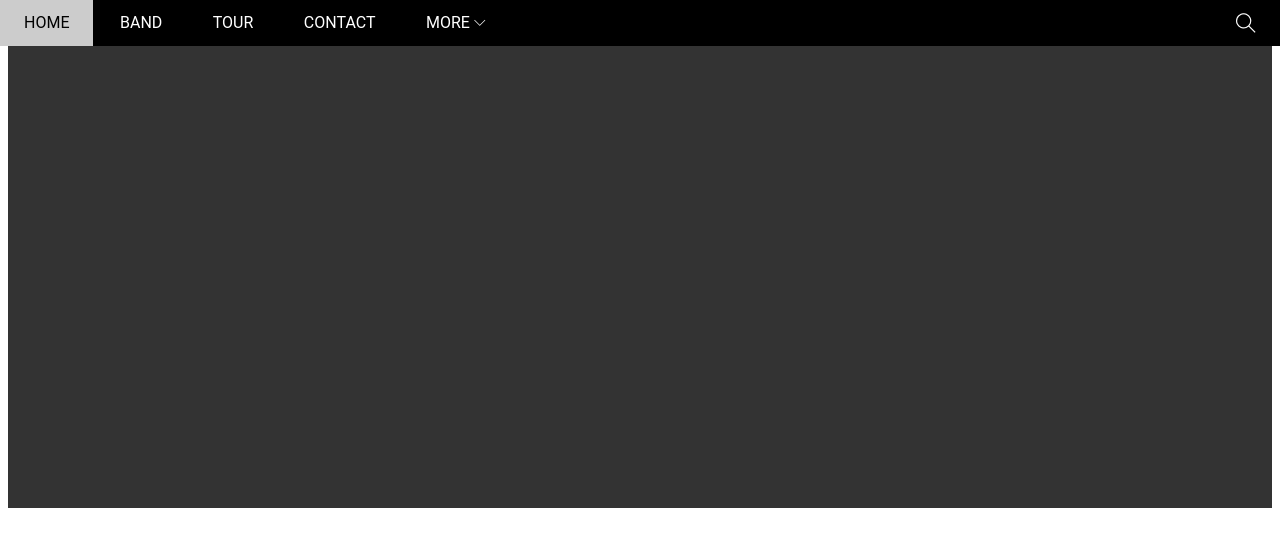
Repository: vuongld315/myLandingPage
Page: index.html
These files come from the project's save history. The page is drawn as it stood at one moment and after a run of saves; the edit follows.
The browser window is 1280 px wide. The pictures show the whole page.

Above is the page before, as saved 2022-07-22 12:28:04.

After the next 3 saves:
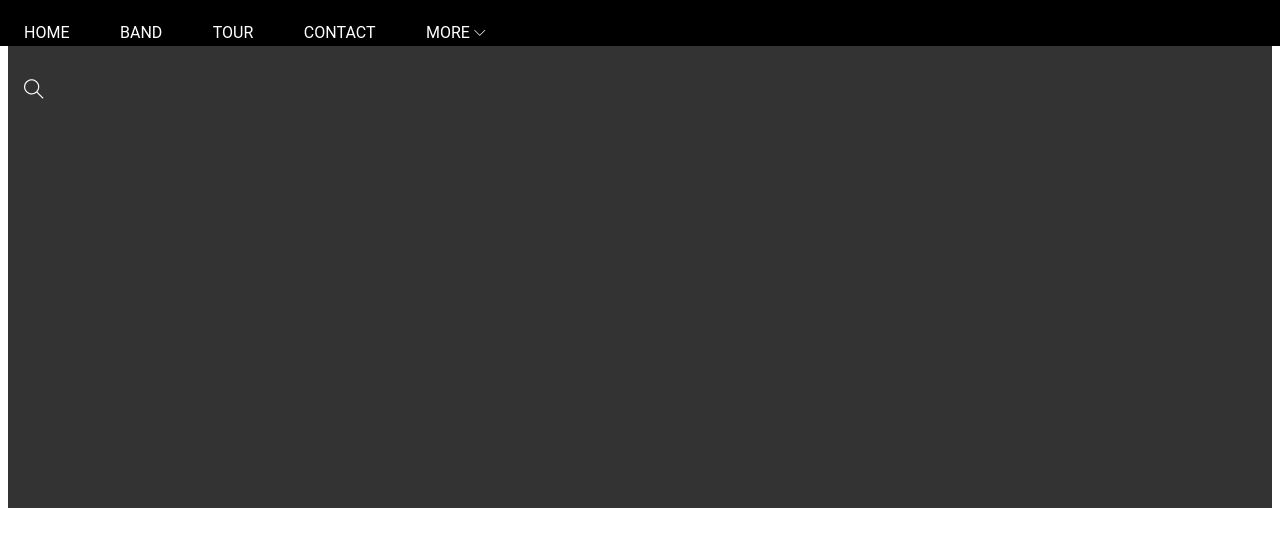
The 3 saves are shown as one change because they came seconds apart.
The last was saved 4 min 7 s later.
--- a/assets/css/main.css
+++ b/assets/css/main.css
@@ -35,9 +35,9 @@
 #header {
     height: 46px;
     background-color: #000;
-    display: flex;
+    /* display: flex;
     align-items: center;
-    justify-content: space-between;
+    justify-content: space-between; */
     position: fixed;
     top: 0;
     right: 0;

After the save that followed:
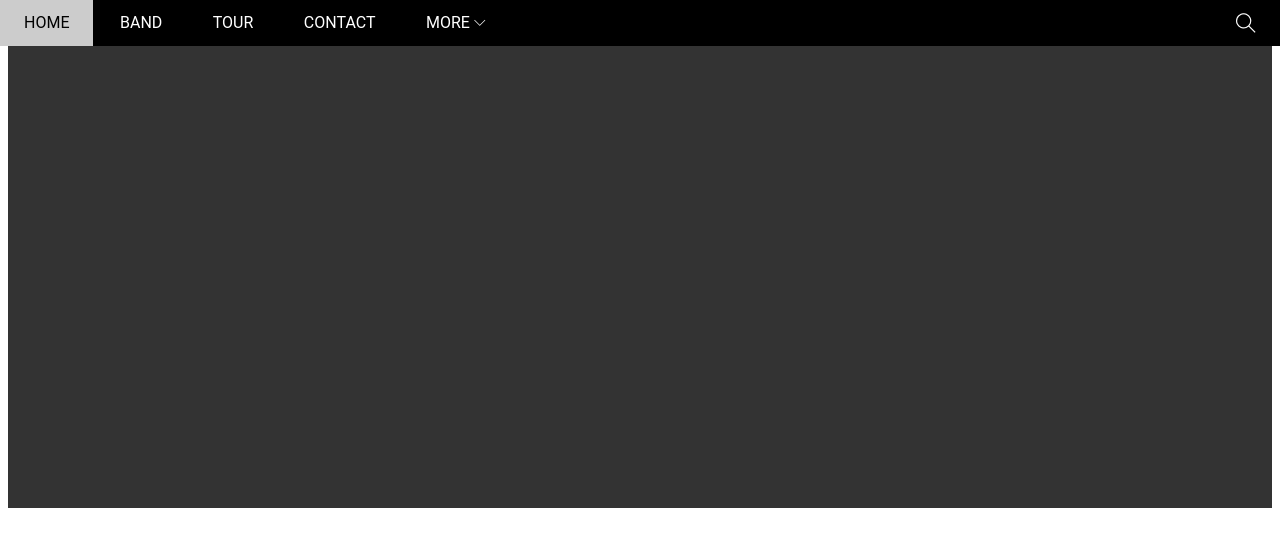
Saved 5 s later.
--- a/assets/css/main.css
+++ b/assets/css/main.css
@@ -35,9 +35,9 @@
 #header {
     height: 46px;
     background-color: #000;
-    /* display: flex;
+    display: flex;
     align-items: center;
-    justify-content: space-between; */
+    justify-content: space-between;
     position: fixed;
     top: 0;
     right: 0;
